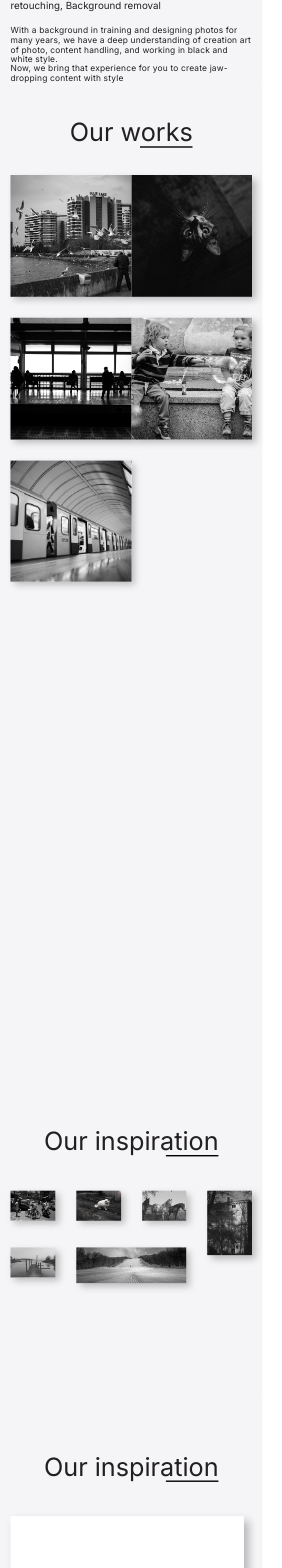
Repository: Wander1ay/Monovision_Studio
Page: src/index.html
These files come from the project's save history. The page is drawn as it stood at one moment and after the next save; the edit follows.
The browser window is 375 px wide. The page is 403 px wide, so the pictures cover 403 px, including what lies to the right of the window. The pictures show the part of the page from y = 820 to 3060 px (the page is 4187 px tall before and 5317 px after), at 70% of full size.

Above is the page before, as saved 2025-04-07 14:29:28.

### src/index.html
<!DOCTYPE html>
<html lang="en">
<head>
    <meta charset="UTF-8">
    <meta name="viewport" content="width=device-width, initial-scale=1.0">
    <title>Monovision Studio</title>

    <link
        href="https://fonts.googleapis.com/css2?family=Inter:ital,opsz,wght@0,14..32,100..900;1,14..32,100..900&display=swap"
        rel="stylesheet">
    <link rel="stylesheet" href="css/modern-normalize.min.css">
    <link rel="stylesheet" href="css/style.css">
</head>
<body>
    <main>
        <section class="promo">
            <div class="container">
                <h1 class="promo__title">Monovision Studio</h1>
                <h2 class="promo_subtitle">Want some style on your photos?</h2>
                <a href="#" class="btn">Portfolio</a>
                <div class="promo__adress">
                    Location:
                    <address>Everton Park, Block 2, Singapore 081002</address>
                    <a href="tel:+6569964725">+6569964725</a>
                </div>
            </div>
            <ul class="keywords">
                <li>Landscape</li>
                <li>Business</li>
                <li>Vogue</li>
                <li>Casual</li>
                <li>Style</li>
                <li>Pets</li>
                <li>Industrial</li>
                <li>Family</li>
                <li>Company</li>
                <li>Clothes</li>
                <li>Design</li>
                <li>Urban</li>
                <li>Fashion</li>
                <li>Portrait</li>
                <li>Nature</li>
            </ul>
        </section>

        <section class="about">
            <div class="container">
                <h2 class="about__title">What you can expect from us:</h2>
                <p class="about__text">We prioritize simple and elegant forms, clean colors, and meticulous editing to ensure quality
                    products. With a passion
                    for minimalism, we aim to maximize the impact of visual messages and stories in <span>each photo</span></p>
                <div class="servisces">
                    <div class="servisces__items">
                        <div class="services__item-subtitle">All services</div>
                        <ul>
                            <li>Portrait Photography: Individual, Family, Corporate, Creative</li>
                            <li>Commercial Photography: Product, Fashion, Advertising</li>
                            <li>Photo Editing & Retouching: Color correction, Skin retouching, Background removal</li>
                        </ul>
                    </div>
                    <p class="services__text">
                        With a background in training and designing photos for many years, we have a deep understanding of creation art
                        of
                        photo, content handling, and working in black and white style. <br>
                        Now, we bring that experience for you to create jaw-dropping content with style
                    </p>
                </div>
            </div>
        </section>

        <section class="works">
            <div class="container">
                <h2 class="title"><span>Our works</span></h2>
                <div class="works__grid">
                    <img src="img/works/bridge.jpg" alt="bridge">
                    <img src="img/works/cat.jpg" alt="cat">
                    <img src="img/works/train.jpg" alt="train">
                    <img src="img/works/children.jpg" alt="children">
                    <img src="img/works/underground.jpg" alt="underground">
                </div>
            </div>
        </section>

        <section class="inspiration">
            <div class="container">
                <h2 class="title"><span>Our inspiration</span></h2>
                <div class="inspiration__grid">
                    <img src="img/inspiration/man.jpg" alt="man">
                    <img src="img/inspiration/cat.jpg" alt="cat">
                    <img src="img/inspiration/horses.jpg" alt="horses">
                    <img src="img/inspiration/bridge.jpg" alt="bridge">
                    <img id="sky" src="img/inspiration/sky.jpg" alt="sky">
                    <img id="tenement" src="img/inspiration/tenement.jpg" alt="tenement">
                </div>
             </div>
        </section>

        <section class="customers">
            <div class="container">
                <h2 class="title"><span>Our inspiration</span></h2>
                <div class="customers__wrapper">
                    <img src="logo/logo-first-alliances.jpg" alt="first-alliances">
                    <img src="logo/logo-growell.jpg" alt="growel">
                    <img src="logo/logo-iec-winter-wolf.jpg" alt="iec-winter-wolf">
                </div>
            </div>
        </section>
        <footer class="footer">
            <ul class="footer__social">
                    <li>
                        <a href="#" class="footer__link">
                            <img src="icons/facebook.svg" alt="facebook">
                        </a>
                    </li>
                    <li>
                        <a href="#" class="footer__link">
                            <img src="icons/tg.svg" alt="tg">
                        </a>
                    </li>
                                    <li>
                        <a href="#" class="footer__link">
                            <img src="icons/whatsapp.svg" alt="whatsapp">
                        </a>
                    </li>
            </ul>
            <address class="footer__addr">
                Everton Park, Block 2, Singapore 081002
            </address>
            <a class="footer__tel" href="tel:+6569964725">+6569964725</a>
        </footer>
    </main>
</body>
</html>

### src/css/modern-normalize.min.css
/**
 * Minified by jsDelivr using clean-css v5.3.3.
 * Original file: /npm/modern-normalize@3.0.1/modern-normalize.css
 *
 * Do NOT use SRI with dynamically generated files! More information: https://www.jsdelivr.com/using-sri-with-dynamic-files
 */
/*! modern-normalize v3.0.1 | MIT License | https://github.com/sindresorhus/modern-normalize */
*,::after,::before{box-sizing:border-box}html{font-family:system-ui,'Segoe UI',Roboto,Helvetica,Arial,sans-serif,'Apple Color Emoji','Segoe UI Emoji';line-height:1.15;-webkit-text-size-adjust:100%;tab-size:4}body{margin:0}b,strong{font-weight:bolder}code,kbd,pre,samp{font-family:ui-monospace,SFMono-Regular,Consolas,'Liberation Mono',Menlo,monospace;font-size:1em}small{font-size:80%}sub,sup{font-size:75%;line-height:0;position:relative;vertical-align:baseline}sub{bottom:-.25em}sup{top:-.5em}table{border-color:currentcolor}button,input,optgroup,select,textarea{font-family:inherit;font-size:100%;line-height:1.15;margin:0}[type=button],[type=reset],[type=submit],button{-webkit-appearance:button}legend{padding:0}progress{vertical-align:baseline}::-webkit-inner-spin-button,::-webkit-outer-spin-button{height:auto}[type=search]{-webkit-appearance:textfield;outline-offset:-2px}::-webkit-search-decoration{-webkit-appearance:none}::-webkit-file-upload-button{-webkit-appearance:button;font:inherit}summary{display:list-item}
/*# sourceMappingURL=/sm/d2d8cd206fb9f42f071e97460f3ad9c875edb5e7a4b10f900a83cdf8401c53a9.map */

### src/css/style.css
h1,
h2,
h3,
h4,
h5,
figure,
p,
ol,
ul {
    margin: 0;
}

ol[role="list"],
ul[role="list"] {
    list-style: none;
    padding-inline: 0;
}

h1,
h2,
h3,
h4,
h5 {
    font-size: inherit;
    font-weight: inherit;
}

img {
    display: block;
    max-inline-size: 100%;
}

:root {
    --light-color: #F5F5F7;
    --dark-color: #221F20;
    --container-padding-inline: 13%;
    --footer-padding-inline: 10%;
    @media screen and (max-width: 768px) {
        --container-padding-inline: 6%;
        --footer-padding-inline: 6%;
    }
    @media screen and (max-width: 576px) {
        --container-padding-inline: 15px;
        --footer-padding-inline: 15px;
    }
}

html {
    font-family: "Inter", sans-serif;
}

.container {
    padding: 0 var(--container-padding-inline);
}

.title {
    text-align: center;
    font-weight: 400;
    font-size: 40px;
    color: var(--dark-color);
    span {
        position: relative;
    }
    span::after {
        content: '';
        position: absolute;
        bottom: 0;
        right: 0;
        display: block;
        background-color: black;
        width: 75px;
        height: 2px;
    }
    @media screen and (max-width: 768px) {
        font-size: 36px;
    }
}

.promo {
    position: relative;
    min-height: 100vh;
    background: url('../img/main_bg.jpeg') center center / cover no-repeat;
    padding-top: 75px;
    @media screen and (max-width: 768px) {
        & {
            background: url('../img/tablet_bg.jpg') center center / cover no-repeat
        }
    }
    @media screen and (max-width: 576px) {
        & {
            min-height: 500px;
            padding-top: 50px;
        }
    }
}

.promo__title {
    font-weight: 400;
    font-size: 60px;
    text-transform: uppercase;
    color: var(--light-color);
    @media screen and (max-width: 768px) {
        font-size: 48px;
    }
    @media screen and (max-width: 576px) {
        font-size: 26px;
    }
}

.promo_subtitle {
    font-weight: 100;
    font-size: 32px;
    color: var(--light-color);
    padding-top: 124px;
    @media screen and (max-width: 768px) {
        & {
            padding-top: 80px;
        }
    }
    @media screen and (max-width: 576px) {
     padding-top: 30px;
     font-size: 16px;
    }
}

.btn {
    display: flex;
    justify-content: center;
    align-items: center;
    text-decoration: none;
    margin-top: 20px;
    padding: 3px 10px;
    width: 160px;
    min-height: 38px;
    border: 1px solid var(--light-color);
    background: rgba(217, 217, 217, 0);
    color: var(--light-color);
    font-weight: 100;
    font-size: 16px;
    cursor: pointer;
    transition: all 0.3s ease-out;
    @media screen and (max-width: 576px) {
        width: 120px;
        min-height: 30px;
        font-size: 14px;
    }
}

.btn:hover {
    font-weight: 500;
    font-size: 16px;
    box-shadow: 5px 5px 10px 0 rgba(255, 255, 255, 0.62);
}

.promo__adress {
    position: relative;
    margin-top: 100px;
    font-weight: 100;
    font-size: 16px;
    color: var(--light-color);
    address {
        font-style: normal;
    }
    a {
        color: inherit;
        text-decoration: none;
    }
    &::before {
        position: absolute;
        left: -45px;
        top: -17px;
        content: '';
        display: block;
        width: 49px;
        height: 49px;
        background: url(../icons/arrow.svg) center center / cover no-repeat
    }
    @media screen and (max-width: 768px) {
        & {
            margin-top: 80px;
        }
        &::before {
            left: -40;
        }
    }
    @media screen and (max-width: 750px) {
        &::before {
            display: none;
        }
    }
    @media screen and (max-width: 576px) {
     margin-top: 233px;
    }
}

.keywords {
    display: flex;
    justify-content: space-between;
    align-items: center;
    width: 100%;
    height: 20px;
    position: absolute;
    bottom: 0;
    font-weight: 100;
    font-size: 10px;
    color: var(--light-color);
    background: linear-gradient(180deg, rgba(255, 255, 255, 0.04) 0%, rgba(255, 255, 255, 0.12) 50%, rgba(255, 255, 255, 0.2) 100%);
    padding: 0 360px;
    li {
        list-style-type: none;
    }
    @media screen and (max-width: 1440px) {
        padding: 0 20px;
    }
    @media screen and (max-width: 768px) {
        & li:nth-last-child(-n + 6) {
            display: none;
        }
    }
    @media screen and (max-width: 576px) {
        & {
            margin-top: 10px;
        }
        & li:nth-last-child(-n + 11) {
            display: none;
        }
    }
}

.about {
    padding-top: 80px;
    background-color: var(--light-color);
    @media screen and (max-width: 576px) {
        padding-top: 50px;
    }
}

.about__title {
    font-style: italic;
    font-weight: 400;
    font-size: 12px;
    color: var(--dark-color);
}

.about__text {
    width: 1100px;
    margin-top: 20px;
    font-weight: 400;
    font-size: 40px;
    color: var(--dark-color);
    span {
        color: #a5a5a5;
    }
    @media screen and (max-width: 1440px) {
        width: 100%;
    }
    @media screen and (max-width: 768px) {
        & {
            font-size: 24px;
        }
    }
    @media screen and (max-width: 576px) {
        font-size: 16px;
    }
}

.servisces {
    margin-top: 80px;
    display: flex;
    column-gap: 10px;
    @media screen and (max-width: 768px) {
        display: block;
        margin-top: 40px;
    }
    @media screen and (max-width: 576px) {
        margin-top: 20px;
    }
}

.servisces__items {
    width: 50%;
    ul {
        margin-top: 20px;
        padding: 0;
    }
    li {
        position: relative;
        margin-top: 10px;
        list-style-type: none;
        font-weight: 400;
        font-size: 16px;
        color: var(--dark-color);
        &:first-child::before {
                content: '';
                display: block;
                position: absolute;
                left: -30px;
                top: 2px;
                width: 15px;
                height: 15px;
                background: url('../icons/camera.svg') center center / cover no-repeat
            }
            @media screen and (max-width: 768px) {
                &:first-child::before {
                    left: -25px;
                }
            }
            @media screen and (max-width: 576px) {
                &:first-child::before {
                    display: none;
                }
            }
            @media screen and (max-width: 576px) {
                font-size: 14px;
                margin-top: 5px;
            }
        &:nth-child(3)::before {
            content: '';
            display: block;
            position: absolute;
            left: -30px;
            top: 2px;
            width: 15px;
            height: 15px;
            background: url('../icons/edit.svg') center center / cover no-repeat;
        }
        @media screen and (max-width: 768px) {
            &:nth-child(3)::before {
                left: -25px;
            }
        }
        @media screen and (max-width: 576px) {
            &:nth-child(3)::before {
                display: none;
            }
        }
    }
    @media screen and (max-width: 768px) {
        width: 100%;
    }
}

.services__item-subtitle {
    font-style: italic;
    font-weight: 400;
    font-size: 16px;
    color: var(--dark-color);
    @media screen and (max-width: 576px) {
        font-size: 12px;
    }
}

.services__text {
    width: 50%;
    font-weight: 400;
    font-size: 20px;
    letter-spacing: 0.02em;
    color: var(--dark-color);
    @media screen and (max-width: 768px) {
        margin-top: 40px;
        width: 100%;
    }
    @media screen and (max-width: 576px) {
        margin-top: 20px;
        font-size: 12px;
    }
}

.works {
    padding-top: 80px;
    background-color: var(--light-color);
    @media screen and (max-width: 768px) {
        padding-top: 50px;
    }
}

.works__grid {
    display: grid;
    margin-top: 50px;
    grid-template-columns: repeat(2, 1fr);
    grid-template-rows: repeat(2, 1fr) 1.5fr;
    column-gap: 30px;
    row-gap: 50px;
    img {
        width: 100%;
        height: 100%;
        object-fit: cover;
        box-shadow: 5px 5px 10px 0 rgba(0, 0, 0, 0.25);
    }
    @media screen and (max-width: 768px) {
        column-gap: 20px;
        row-gap: 30px;
        margin-top: 40px;
    }
    @media screen and (max-width: 576px) {
        /* grid-template-columns: repeat(0, 1fr); */
        grid-template-rows: repeat(5, 1fr) 1.5fr;
        column-gap: 0px;
        row-gap: 30px;
    }
}

.inspiration {
    padding-top: 80px;
    background-color: var(--light-color);
}


.inspiration__grid {
        display: grid;
        grid-template-columns: repeat(4, 1fr);
        grid-template-rows:  repeat(4, 1fr);
        gap: 30px;
        margin-top: 50px;
        img {
                width: 100%;
                box-shadow: 5px 5px 10px 0px rgba(0, 0, 0, 0.25);
            }
}

#tenement {
    grid-row: 1/3;
    grid-column: 4/5;
}

#sky {
    grid-column: 2/4;
}

.customers {
    background-color: var(--light-color);
    padding: 80px 0 100px 0;
}

.customers__wrapper {
    margin-top: 50px;
    display: flex;
    flex-wrap: wrap;
    gap: 30px;
    img {
        width: calc(100% - 90px) / 4;
        box-shadow: 7px 7px 12px 0 rgba(0, 0, 0, 0.25);
    }
}

.footer {
    display: flex;
    justify-content: space-around;
    align-items: center;
    padding: 88px var(--footer-padding-inline);
    background: black;
    font-weight: 400;
    font-size: 20px;
    color: var(--light-color);
}

.footer__addr {
    font-style: normal;
}

.footer__tel {
    color: var(--light-color);
    text-decoration: none;
}

.footer__social {
    padding-left: 0;
    display: flex;
    gap: 30px;
    list-style-type: none;
    li {
        justify-content: center;
        align-items: center;
        display: flex;
        width: 32px;
        height: 32px;
        background: rgba(217, 217, 217, 0);
        border: 1px solid var(--light-color);
        img {
            width: 22px;
            height: 22px;
        }
    }
}

After the next save:
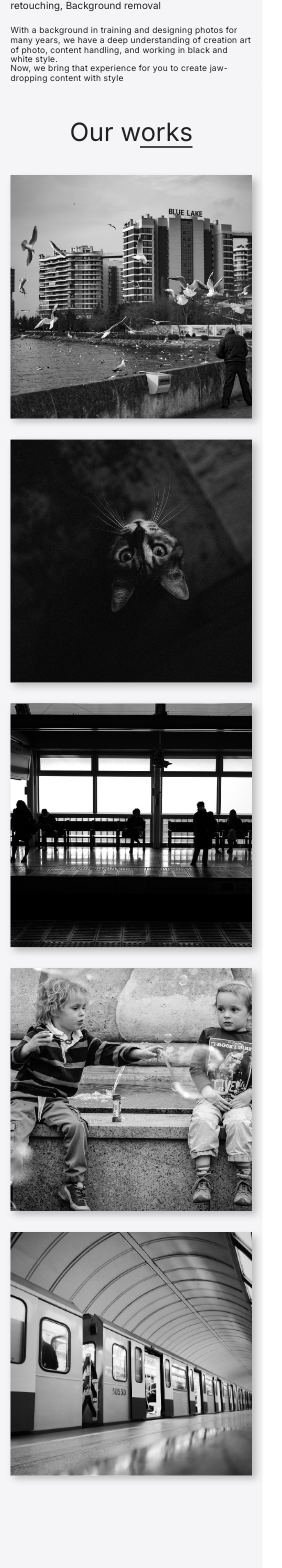
Saved 46 s later.
--- a/src/css/style.css
+++ b/src/css/style.css
@@ -393,7 +393,7 @@
         margin-top: 40px;
     }
     @media screen and (max-width: 576px) {
-        /* grid-template-columns: repeat(0, 1fr); */
+        grid-template-columns: 1fr;
         grid-template-rows: repeat(5, 1fr) 1.5fr;
         column-gap: 0px;
         row-gap: 30px;
